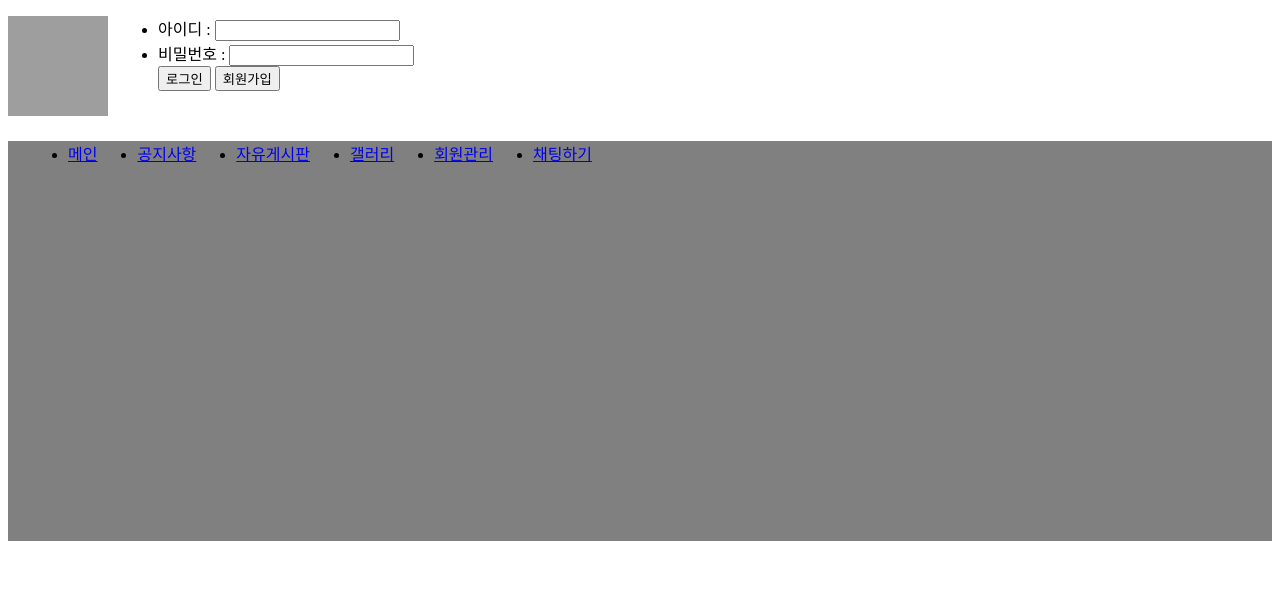
Repository: giwon8701/Qclass_KH
Page: Workspace_Java/testWebProject/WebContent/test2.html
These files come from the project's save history. The page is drawn as it stood at one moment and after the next save; the edit follows.
The browser window is 1280 px wide. The pictures show the whole page.
Pictures or frames that could not be fetched are drawn as grey boxes.

Above is the page before, as saved 2021-01-11 03:07:34.

### Workspace_Java/testWebProject/WebContent/test2.html
<!doctype html>
<html lang="ko">
<head>
<meta charset="UTF-8">
<style>
.nav {
	margin-bottom: 10px;
}
.nav li {
	float: left;
	margin-left: 20px;
	margin-right: 20px;
}
#content {
width: 100%;
height: 400px;
background: gray;
}
</style>
</head>

<body>
	<header>
		<img src="resources/images/logo.gif" style="margin-right:50px; width:100px; height:100px; float:left;">
		<form>
			<ul>
				<li>
					<label>아이디 : </label>
					<input type="text">
				</li>
				<li>
					<label>비밀번호 : </label>
					<input type="text">
				</li>
				<li style="list-style-type:none;">
					<input type="submit" value="로그인">
					<button>회원가입</button>
				</li>
			</ul>
		</form>

		<br>

		<ul class="nav">
			<li><a href="#">메인</a></li>
			<li><a href="#">공지사항</a></li>
			<li><a href="#">자유게시판</a></li>
			<li><a href="#">갤러리</a></li>
			<li><a href="#">회원관리</a></li>
			<li><a href="#">채팅하기</a></li>
		</ul>
	</header>

	<section id="content">

	</section>

	<footer>

	</footer>
</body>
</html>

After the next save:
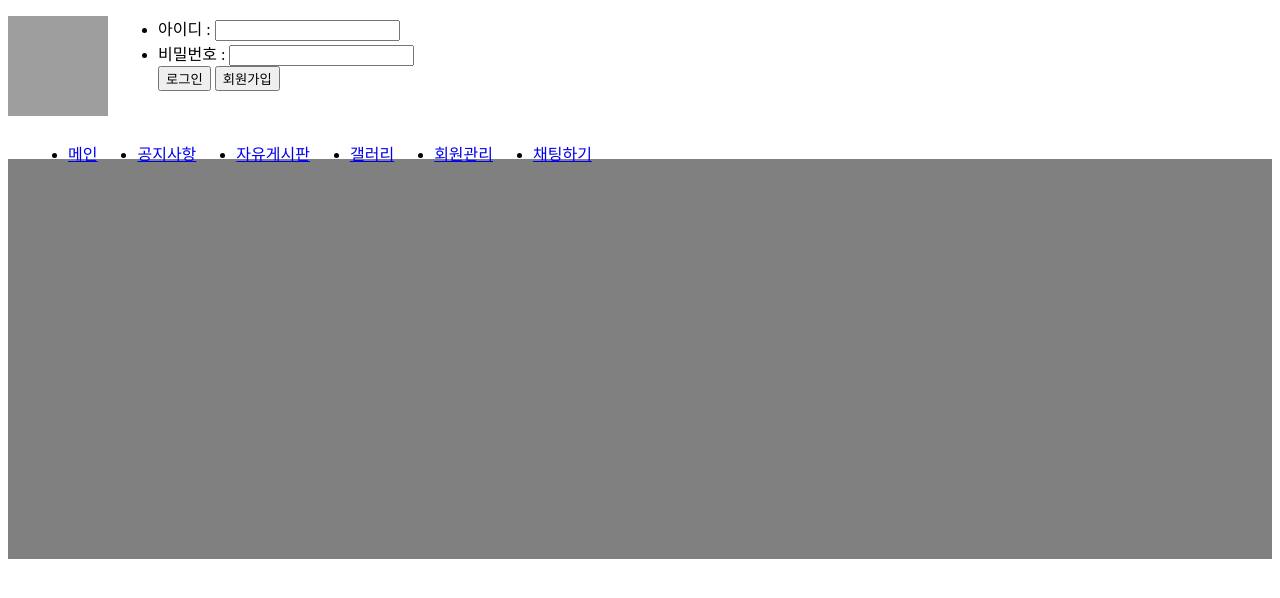
Saved 16 s later.
--- a/Workspace_Java/testWebProject/WebContent/test2.html
+++ b/Workspace_Java/testWebProject/WebContent/test2.html
@@ -3,9 +3,6 @@
 <head>
 <meta charset="UTF-8">
 <style>
-.nav {
-	margin-bottom: 10px;
-}
 .nav li {
 	float: left;
 	margin-left: 20px;
@@ -50,7 +47,7 @@ background: gray;
 			<li><a href="#">채팅하기</a></li>
 		</ul>
 	</header>
-
+	<br>
 	<section id="content">
 
 	</section>
